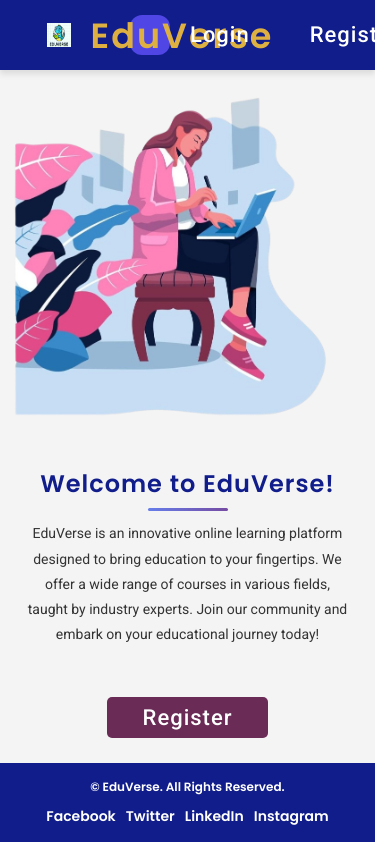
Repository: aviralsaxena16/Eduverse-Elearning-Platform
Page: /
These files come from the project's save history. The page is drawn as it stood at one moment and after the next save; the edit follows.
The browser window is 375 px wide. The pictures show the whole page.
The project was rebuilt for these pictures with package versions that can differ from the ones it lists, and the page was loaded fresh each time. Also part of the build but not shown: vite.config.js, src/pages/LoginPage/Logout.css, src/pages/LoginPage/Logout.jsx, src/components/Side/Sidebar.css, src/components/Side/Sidebar.jsx, src/components/Navbar2/Navbar2.jsx, src/pages/MainPage/BotPage.jsx, src/pages/MainPage/MainPage.jsx and 19 more. Imported but missing from the stored project, and not drawn on this page: src/config.js, src/pages/Profile/ProfilePic.

Above is the page before, as saved 2025-03-21 18:19:43.

### index.html
<!doctype html>
<html lang="en">
  <head>
    <meta charset="UTF-8" />
    <link rel="icon" type="image/svg+xml" href="https://files.oaiusercontent.com/file-NUiUzAsg2Rnv5fLjRKBuEV?se=2025-01-03T04%3A50%3A28Z&sp=r&sv=2024-08-04&sr=b&rscc=max-age%3D604800%2C%20immutable%2C%20private&rscd=attachment%3B%20filename%3D9718d2ac-9ef9-426d-92ea-ecf0daa195a5.webp&sig=QLeTMO/ZWDLyk/UBXh9xFU5B15z5Ib/wuNILqFuiQV8%3D" />
    <meta name="viewport" content="width=device-width, initial-scale=1.0" />
    <link href="https://fonts.googleapis.com/css2?family=Poppins:wght@600&family=Roboto:wght@400;500&display=swap" rel="stylesheet">

    <title>EduVerse</title>
  </head>
  <body>
    <div id="root"></div>
    <script type="module" src="/src/main.jsx"></script>
  </body>
</html>

### src/App.jsx
//import LandingPage from './components/landingPage/LandingPage';
import { BrowserRouter } from 'react-router-dom';
import Routers from './routers/Routers.jsx';
import { AuthProvider } from './context/context.jsx';
const App = () => {
  return (
    <AuthProvider>
    <BrowserRouter>
    <Routers/>
    </BrowserRouter>
    </AuthProvider>
  )
}

export default App

### src/routers/Routers.jsx
import { Routes, Route} from 'react-router-dom';
import LandingPage from '../pages/landingPage/LandingPage.jsx';
import MainPage from '../pages/MainPage/MainPage.jsx';
import GamePage from '../pages/MainPage/GamePage.jsx';
import CoursePage from '../pages/MainPage/CoursePage.jsx';
import QuizPage from '../pages/MainPage/QuizPage/QuizPage.jsx';
import NotificationPage from '../pages/MainPage/NotificationPage.jsx';
import Login from '../pages/LoginPage/Login.jsx';
import Signup from '../pages/SignUp/Signup.jsx';
import Ques from '../pages/MainPage/QuizPage/Ques.jsx';
import ChatRoom from '../pages/MainPage/chatroom/ChatRoom.jsx';
import ProtectedRoute from './ProtectedRoute.jsx';
import VideoDetails from '../pages/MainPage/VideoDetails.jsx';
import Logout from '../pages/LoginPage/Logout.jsx';
import Game_H1 from '../pages/Game/Game_H1.jsx';
import Tictac from '../pages/Game/Tictac.jsx';
import Profile from '../pages/MainPage/Profile.jsx';
const Routers = () => {
  return (
    <Routes>
    <Route path="/" element={<LandingPage />} />
    <Route path="/login" element={<Login />} />
    <Route path="/register" element={<Signup />} />

    {/* Main Routes */}
    <Route path="/home" element={
          <ProtectedRoute>
            <MainPage />
          </ProtectedRoute>
        } />
    <Route path="/home/notification" element={
          <ProtectedRoute>
            <NotificationPage />
          </ProtectedRoute>
        } />
    <Route path="/home/course" element={
          <ProtectedRoute>
            <CoursePage />
          </ProtectedRoute>
        } />

<Route path="/home/course/video/:videoId" element={
          <ProtectedRoute>
            <VideoDetails />
          </ProtectedRoute>
        } />
    <Route path="/home/chat" element={
          <ProtectedRoute>
            <ChatRoom />
          </ProtectedRoute>
        } />
    <Route path="/home/quiz" element={
          <ProtectedRoute>
            <QuizPage />
          </ProtectedRoute>
        } />
    <Route path="/quiz/:id" element={
          <ProtectedRoute>
            <Ques />
          </ProtectedRoute>
        } />

<Route path="/logout" element={
          <ProtectedRoute>
            <Logout />
          </ProtectedRoute>
        } />
<Route path="/home/games" element={
          <ProtectedRoute>
            <GamePage />
          </ProtectedRoute>
        } />
      <Route path="/home/games/rock-paper-scissors" element={
          <ProtectedRoute>
            <Game_H1 />
          </ProtectedRoute>
        } />

<Route path="/home/games/tictac" element={
          <ProtectedRoute>
            <Tictac />
          </ProtectedRoute>
        } />
        <Route path="/home/profile" element={
          <ProtectedRoute>
           <Profile/>
          </ProtectedRoute>
        } />
  </Routes>


  );
};

export default Routers;

### src/context/context.jsx
import { createContext, useState, useContext } from 'react';

const AuthContext = createContext(null);

export const AuthProvider = ({ children }) => {
  const [isAuthenticated, setIsAuthenticated] = useState(false);

  const login = () => setIsAuthenticated(true);
  const logout = () => setIsAuthenticated(false);

  return (
    <AuthContext.Provider value={{ isAuthenticated, login, logout }}>
      {children}
    </AuthContext.Provider>
  );
};

export const useAuth = () => useContext(AuthContext);

### src/pages/landingPage/LandingPage.jsx

import Navbar from "./Navbar";
import Body from "./Body";
import Footer from "./Footer";

const LandingPage = () => {
  return (
    <div className="landing-page">
      <Navbar/>
      <Body/>
      <Footer/>
    </div>
  );
};

export default LandingPage;

### src/pages/landingPage/Navbar.jsx

import { NavLink } from "react-router-dom";
import "./Navbar.css";
import logo from '../../assets/Logo.png'

const Navbar = () => {
  return (
    <nav className="navbar">
      <div className="logo">
        <img src={logo} className="img"/>
          EduVerse</div>
      <ul className="nav-links">
        <li>
          <NavLink to="/login" className="nav-link" activeClassName="active">
            Login
          </NavLink>
        </li>
        <li>
          <NavLink to="/register" className="nav-link" activeClassName="active">
            Register
          </NavLink>
        </li>
      </ul>
    </nav>


  );
};

export default Navbar;

### src/pages/landingPage/Body.jsx

import { NavLink } from "react-router-dom";
import "./Body.css";

import cover from "../../assets/no_bg.png"; // Import the cover image
const Body = () => {
  return (
    <div className="body-section">
      <div className="image-section">
        {/* Use the imported cover image */}
        <img src={cover} alt="Cover" className="cover-image" />
      </div>
      <div className="intro">
        <h1>Welcome to EduVerse!</h1>
        <p>

          EduVerse is an innovative online learning platform designed to bring education to your fingertips. We offer a wide range of courses in various fields, taught by industry experts.  Join our community and embark on your educational journey today!
        </p>
        <button className="sign-in-btn"> <NavLink to="/register" className="nav-link" activeClassName="active">
            Register
          </NavLink></button>

      </div>
    </div>
  );
};

export default Body;

### src/pages/landingPage/Footer.jsx
import "./Footer.css";

const Footer = () => {
  return (
    <footer className="footer">
      <div className="footer-content">
        <p className="footer-text">© EduVerse. All Rights Reserved.</p>
        <span className="social-links">
          <a href="https://www.facebook.com" className="social-icon" target="_blank" rel="noopener noreferrer">Facebook</a>
          <a href="https://twitter.com" className="social-icon" target="_blank" rel="noopener noreferrer">Twitter</a>
          <a href="https://www.linkedin.com" className="social-icon" target="_blank" rel="noopener noreferrer">LinkedIn</a>
          <a href="https://www.instagram.com" className="social-icon" target="_blank" rel="noopener noreferrer">Instagram</a>
        </span>
      </div>
    </footer>
  );
};

export default Footer;

### src/pages/MainPage/QuizPage/quiz.css
.quiz-page {
  display: grid;
  grid-template-columns: repeat(auto-fill, minmax(280px, 1fr));
  gap: 2rem;
  padding: 2rem;
  max-width: 1600px;
  margin: 0 auto;
}


h1 {
  text-align: center;
  margin: 2rem 0;
  color: #2d3748;
  font-size: 2.5rem;
  font-weight: 700;
  position: relative;
}

h1::after {
  content: '';
  position: absolute;
  bottom: -10px;
  left: 50%;
  transform: translateX(-50%);
  width: 100px;
  height: 4px;
  background: linear-gradient(90deg, #667eea, #764ba2);
  border-radius: 2px;
}

.cardd {
  border-radius: 12px;
  overflow: hidden;
  box-shadow: 0 10px 20px rgba(0,0,0,0.1);
  transition: all 0.3s ease;
  cursor: pointer;
  position: relative;
  height: 250px;
}

.cardd:hover {
  transform: translateY(-10px);
  box-shadow: 0 15px 30px rgba(0,0,0,0.2);
}

.cardd::before {
  content: '';
  position: absolute;
  inset: 0;
  background: linear-gradient(to top, rgba(0,0,0,0.8) 0%, rgba(0,0,0,0) 60%);
  z-index: 1;
  opacity: 0.8;
  transition: opacity 0.3s ease;
}

.cardd:hover::before {
  opacity: 0.9;
}

/* Media Queries for Different Screen Sizes */
@media (max-width: 1200px) {
  .quiz-page {
    grid-template-columns: repeat(auto-fill, minmax(250px, 1fr));
    padding: 1.5rem;
  }
}

@media (max-width: 768px) {
  .quiz-page {
    grid-template-columns: repeat(auto-fill, minmax(220px, 1fr));
    gap: 1.5rem;
    padding: 1rem;
  }

  h1 {
    font-size: 2rem;
    margin: 1.5rem 0;
  }
}

@media (max-width: 480px) {
  .quiz-page {
    grid-template-columns: 1fr;
    gap: 1.2rem;
  }

  .cardd {
    height: 200px;
  }

  h1 {
    font-size: 1.8rem;
    margin: 1rem 0;
  }

  h1::after {
    width: 80px;
    height: 3px;
  }
}

/* Additional Styles for Your Card Component */
/* These would integrate with your Card component */
.card-title {
  position: absolute;
  bottom: 20px;
  left: 20px;
  color: white;
  font-size: 1.4rem;
  font-weight: 600;
  z-index: 2;
  transition: transform 0.3s ease;
}

.cardd:hover .card-title {
  transform: translateY(-5px);
}

.card-image {
  width: 100%;
  height: 100%;
  object-fit: cover;
  transition: transform 0.5s ease;
}

.cardd:hover .card-image {
  transform: scale(1.1);
}

### src/pages/MainPage/QuizPage/quiz_ques.css
/* Prevent horizontal scrolling */
html, body {
  margin: 0;
  padding: 0;
  width: 100vw;
  overflow-x: hidden;
}

/* quiz_ques.css */
* {
  margin: 0;
  padding: 0;
  box-sizing: border-box;
  font-family: 'Poppins', sans-serif;
}

.quiz-container {
  min-height: 100vh;
  width: 100%;
  max-width: 100vw;
  background: #f9f9f9;
  padding: 2rem;
  display: flex;
  flex-direction: column;
  align-items: center;
  justify-content: center;
}

.quiz-header {
  width: 100%;
  max-width: 800px;
  text-align: center;
  color: #333;
  margin-bottom: 1.5rem;
}

.quiz-header h1 {
  font-size: 2.5rem;
  margin-bottom: 1rem;
  color: #6c5ce7;
}

.quiz-header p {
  font-size: 1.1rem;
  color: #555;
}

.progress-bar {
  width: 100%;
  height: 8px;
  background: #ddd;
  border-radius: 10px;
  margin: 1.2rem 0;
  overflow: hidden;
}

.progress {
  height: 100%;
  background: #6c5ce7;
  transition: width 0.5s ease;
}

.timer {
  font-size: 1.3rem;
  font-weight: bold;
  color: #fff;
  background: #6c5ce7;
  padding: 0.4rem 1.2rem;
  border-radius: 15px;
  display: inline-block;
  margin: 1rem 0;
}

.quiz-question {
  width: 100%;
  max-width: 800px;
  background: rgba(255, 255, 255, 0.9);
  backdrop-filter: blur(10px);
  padding: 1.5rem;
  border-radius: 15px;
  color: #333;
  font-size: 1.2rem; /* Reduced from 1.3rem */
  line-height: 1.5;
  margin-bottom: 1.5rem;
  text-align: center;
  box-shadow: 0 5px 15px rgba(0, 0, 0, 0.1);
  border: 1px solid rgba(0, 0, 0, 0.1);
}

.quiz-options {
  width: 100%;
  max-width: 800px;
  display: grid;
  gap: 0.8rem; /* Reduced gap */
  margin-bottom: 1.5rem;
}

.quiz-option {
  width: 100%;
  padding: 0.8rem 1.5rem; /* Reduced padding */
  background: white;
  border: 2px solid #6c5ce7;
  border-radius: 10px; /* Slightly smaller */
  color: #333;
  font-size: 1rem; /* Reduced from 1.1rem */
  cursor: pointer;
  transition: all 0.3s ease;
  text-align: left;
}

.quiz-option:hover {
  background: #6c5ce7;
  color: white;
  transform: translateY(-3px);
}

.quiz-option.selected {
  background: #6c5ce7;
  color: white;
  border-color: #6c5ce7;
  transform: translateY(-3px);
  box-shadow: 0 5px 15px rgba(0, 0, 0, 0.2);
}

.next-button {
  width: 100%;
  max-width: 800px;
  padding: 0.8rem; /* Reduced size */
  background: #6c5ce7;
  color: white;
  border: none;
  border-radius: 10px;
  font-size: 1.1rem; /* Slightly smaller */
  font-weight: bold;
  cursor: pointer;
  transition: all 0.3s ease;
  margin-bottom: 1.5rem;
}

.next-button:disabled {
  background: #ccc;
  cursor: not-allowed;
}

.next-button:hover:not(:disabled) {
  transform: translateY(-3px);
  box-shadow: 0 5px 15px rgba(0, 0, 0, 0.2);
}

.quiz-completed {
  text-align: center;
  background: white;
  padding: 2.5rem;
  border-radius: 15px;
  color: #333;
  box-shadow: 0 8px 32px rgba(0, 0, 0, 0.1);
  border: 2px solid #6c5ce7;
  width: 100%;
  max-width: 800px;
}

.quiz-completed h2 {
  font-size: 2.5rem;
  margin-bottom: 1rem;
  color: #6c5ce7;
}

.quiz-completed h3 {
  font-size: 1.8rem;
  color: #333;
}

.quiz-footer {
  width: 100%;
  max-width: 800px;
  text-align: center;
  color: #777;
  font-style: italic;
}

@media (max-width: 850px) {
  .quiz-container {
    padding: 1rem;
  }

  .quiz-header h1 {
    font-size: 2rem;
  }

  .quiz-question {
    font-size: 1.1rem; /* Smaller on smaller screens */
    padding: 1.2rem;
  }

  .quiz-option {
    padding: 0.7rem 1.2rem; /* Adjusted */
    font-size: 0.95rem;
  }

  .quiz-completed {
    margin: 1rem;
    padding: 2rem;
  }
}

@media (max-width: 480px) {
  .quiz-header h1 {
    font-size: 1.8rem;
  }

  .quiz-question {
    font-size: 1rem;
    padding: 1rem;
  }

  .quiz-option {
    font-size: 0.9rem;
  }

  .quiz-completed h2 {
    font-size: 2rem;
  }

  .quiz-completed h3 {
    font-size: 1.5rem;
  }
}

### src/pages/Game/Game_H1.css
/* General Styling */
body {
    font-family: Arial, sans-serif;
    background-color: #f0f8f8;
    margin: 0;
    padding: 0;
  }

  /* Game Container */
  .game-container {
    min-height: 100vh;
          display: flex;
          flex-direction: column;
          align-items: center;
          background: #0f0c29;
          position: relative;
          overflow: hidden;
          padding: 40px 20px;
          text-align: center;
          font-family: 'Poppins', sans-serif;
  }

  /* Title */
  .game-title {
    color: #101d8a;
    font-size: 24px;
    font-weight: bold;
    margin-bottom: 20px;
  }

  /* Choices */
  .choices-container {
    display: flex;
    justify-content: center;
    gap: 15px;
    margin-bottom: 20px;
  }
  .choice-button { background: white; border: 2px solid #ddd; width: 200px; height: 200px; display: flex; justify-content: center; align-items: center; cursor: pointer; transition: all 0.3s ease; padding: 1rem; }

.choice-button:hover { transform: scale(1.1); border-color: #007bff; box-shadow: 0 6px 12px rgba(0, 0, 0, 0.1); }

.choice-image { width: 100%; height: 100%; }

.score-container { display: flex; justify-content: center; gap: 4rem; margin-bottom: 2rem; }



.score {
  text-align: center;
  padding: 1rem 2rem;
  border-radius: 8px;
  background-color: white;
  box-shadow: 0 2px 4px rgba(0, 0, 0, 0.1);
}

.score p:first-child {
  font-size: 2.5rem;
  font-weight: bold;
  margin: 0;
  color: #007bff;
}

.score p:last-child {
  margin: 0;
  color: #555;
  font-weight: bold;
}

.message-container {
  padding: 1rem;
  background-color: white;
  border-radius: 8px;
  box-shadow: 0 2px 4px rgba(0, 0, 0, 0.1);
}

.message-container p {
  font-size: 1.2rem;
  color: #333;
  margin: 0;
  font-weight: 500;
}

### src/pages/MainPage/Profile.css
:root {
  --primary-blue: #101d8a;
  --secondary-blue: #1a2ba3;
  --light-blue: #f0f2ff;
  --text-dark: #1a1a2e;
  --text-light: #4a4a68;
  --border-radius: 12px;
  --box-shadow: 0 10px 25px rgba(16, 29, 138, 0.15);
}

.profile-page-container {
  margin: auto;
  width: 60vw;
  max-width: 900px;
  background: white;
  border-radius: var(--border-radius);
  box-shadow: var(--box-shadow);
  padding: 2rem;
  text-align: center;
}

/* HEADER SECTION */
.profile-header {
  display: flex;
  align-items: center;
  justify-content: space-between;
  background: linear-gradient(135deg, var(--primary-blue), var(--secondary-blue));
  color: white;
  padding: 2rem;
  border-radius: var(--border-radius);
  text-align: left;
  position: relative;
}

.profile-info {
  display: flex;
  align-items: center;
  gap: 1rem;
}

/* PROFILE PICTURE */

/* PROFILE INFO CONTAINER */
.profile-info {
  display: flex;
  align-items: center;
  gap: 1.5rem; /* Adjusted spacing */
}


/* USER DETAILS */
.user-details {
  display: flex;
  flex-direction: column;
}

.user-details h2 {
  margin: 0;
  font-size: 1.8rem;
}

.email-link a {
  color: yellow;
  font-size: 1rem;
  text-decoration: none;
}

.email-link a:hover {
  text-decoration: underline;
}

/* PROFILE DETAILS SECTION */
.profile-details {
  margin-top: 2rem;
  text-align: left;
}

.profile-details label {
  font-weight: bold;
  display: block;
  margin-bottom: 0.3rem;
}

.profile-details p {
  background: var(--light-blue);
  padding: 0.7rem;
  border-radius: 8px;
}

/* BUTTON STYLING */
.button-container {
  display: flex;
  gap: 15px; /* Adjust spacing between buttons */
}

.edit-button,
.save-button {
  margin-top: 1rem;
  background-color: var(--primary-blue);
  color: white;
  border: none;
  padding: 0.6rem 1.5rem;
  border-radius: 8px;
  cursor: pointer;
  transition: all 0.3s ease;
}

.edit-button:hover,
.save-button:hover {
  background-color: var(--secondary-blue);
  transform: translateY(-2px);
}

### src/pages/landingPage/Navbar.css
/* Navbar.css */
.navbar {
  display: flex;
  justify-content: space-between;
  align-items: center;
  padding: 15px 30px;
  background-color: #101d8a; /* Teal background */
  color: white;
  box-shadow: 0 4px 6px rgba(0, 0, 0, 0.1);
}

.img{
  margin-left:20px;
  margin-right:20px;
}
.navbar .logo {
  margin-left: 100px;
  font-family: 'Poppins', sans-serif;
  font-size: 35px;
  font-weight: 600;
  color: #DEB041; /* Gold color for logo */
  letter-spacing: 2px;
}

.nav-links {
  list-style: none;
  display: flex;
  gap: 20px;
}

.nav-link {
  text-decoration: none;
  color: white;
  font-family: 'Roboto', sans-serif;
  font-size: 22px;
  font-weight: 500;
  padding: 10px 20px;
  border-radius: 5px;
  transition: background-color 0.3s ease;
  letter-spacing: 1px;
}

.nav-link:hover {
  background-color: #6A2B56; /* Purple hover effect */
}

.active {
  background-color: #DEB041; /* Gold active link color */
}

### src/pages/landingPage/Body.css
/* Body.css */
.body-section {
  display: flex;
  flex-direction: row;
  justify-content: space-between;
  align-items: center;

  background-color: #f4f4f4;
  padding: 0; /* Remove extra padding from body */
  margin: 0; /* Remove margin */
}

.image-section {
  flex: 0.8;
  display: flex;
  align-items: flex-start;
  margin: 0; /* Remove any margin */
  padding: 0; /* Remove padding */
}

.cover-image {
  width: 100%;
  height: auto;
  margin: 0; /* Remove margin */
  padding: 0; /* Remove padding */

}

.cover-image::after {
  content: "";
  position: absolute;
  top: 0;
  left: 0;
  right: 0;
  bottom: 0;
  background: rgba(0, 0, 0, 0.4); /* Dark overlay for better text readability */
  border-radius: 10px;
}

.intro {
  flex: 1;
  padding: 20px;
  text-align: left;
  z-index: 10;
  display: flex;
  flex-direction: column;
  justify-content: center;
  align-items: center;
}

.intro h1 {
  font-family: 'Poppins', sans-serif;
  font-size: 40px;
  font-weight: 600;
  color: #101d8a;
  letter-spacing: 1px;
  margin-bottom: 20px;
}

.intro p {
  font-family: 'Roboto', sans-serif;
  font-size: 18px;
  color: #333;
  line-height: 1.8;
  margin-bottom: 40px;
  text-align: center; /* Center the text */
}

.sign-in-btn {
  padding: 15px 30px;
  background-color: #6A2B56; /* Purple button */
  color: white;
  border: none;
  border-radius: 5px;
  font-family: 'Roboto', sans-serif;
  font-size: 18px;
  cursor: pointer;
  transition: all 0.3s ease;
  letter-spacing: 1px;
  margin-top: 20px; /* Space above the button */
}

.sign-in-btn:hover {
  background-color: #DEB041; /* Gold hover effect */
  transform: scale(1.05);
  box-shadow: 0 4px 8px rgba(0, 0, 0, 0.2);
}

.sign-in-btn .nav-link {
  color: white;
  text-decoration: none;
}

.sign-in-btn .nav-link:hover {
  color: white;
}
@media (max-width: 1024px) {
  .body-section {
    flex-direction: column;
    align-items: center;
    text-align: center;
  }

  .image-section {
    flex: 1;
    justify-content: center;
  }

  .intro {
    flex: 1;
    padding: 15px;
    text-align: center;
  }

  .intro h1 {
    font-size: 35px;
  }

  .intro p {
    font-size: 16px;
  }

  .sign-in-btn {
    font-size: 16px;
    padding: 12px 25px;
  }
}

@media (max-width: 768px) {
  .intro h1 {
    font-size: 28px;
  }

  .intro p {
    font-size: 14px;
    margin-bottom: 30px;
  }

  .sign-in-btn {
    font-size: 14px;
    padding: 10px 20px;
  }
}

@media (max-width: 480px) {
  .body-section {
    flex-direction: column;
    padding: 10px;
  }

  .intro h1 {
    font-size: 24px;
  }

  .intro p {
    font-size: 14px;
  }

  .sign-in-btn {
    font-size: 14px;
    padding: 8px 16px;
  }
}

### src/pages/landingPage/Footer.css
/* Footer.css */
.footer {
  background-color: #101d8a; /* Teal background */
  color: white;

  text-align: center;
}

.footer-text {
  font-size: 16px;
  font-weight: 400;
  margin-bottom: 20px;
}

.social-links {
  display: flex;
  justify-content: center;
  gap: 15px;
}

.social-icon {
  color: white;
  font-size: 18px;
  text-decoration: none;
  transition: color 0.3s ease;
}

.social-icon:hover {
  color: #DEB041; /* Gold color on hover */
}

@media (max-width: 768px) {
  .footer-text {
    font-size: 14px;
    margin-bottom: 15px;
  }

  .social-links {
    gap: 10px;
  }

  .social-icon {
    font-size: 16px;
  }
}

@media (max-width: 480px) {
  .footer {
    padding: 15px;
  }

  .footer-text {
    font-size: 12px;
    margin-bottom: 10px;
  }

  .social-icon {
    font-size: 14px;
  }
}

### src/components/Navbar2/Navbar2.css
/* Navbar2.css */

body {
  margin: 0;
  font-family: 'Poppins', sans-serif;
}

nav {
  background:  #101d8a; /* Solid teal background */
  color: white;
  padding: 10px 20px;
  box-shadow: 0 4px 8px rgba(0, 0, 0, 0.2);
  position: sticky;
  top: 0;
  z-index: 1000;
}

.Nav2 {
  display: flex;
  align-items: center;
  justify-content: space-between;
  list-style: none;
  margin: 0;
  padding: 0;
}

.Nav2 li {
  display: inline-flex;
  align-items: center;
  justify-content: center;
  color: white;
  cursor: pointer;
  font-size: 24px;
  /* padding: 10px; */
  transition: all 0.3s ease;
}

.Nav2 li:hover {
  color: #DEB041; /* Gold hover effect */
}

.bars {
  font-size: 26px;
  margin-right: 85vw;
}

.search-container {
  display: flex;
  align-items: center;
  flex-grow: 1;
  margin: 0 20px;
}

.search-icon {
  font-size: 20px;
  color: white;
  margin-right: 8px;
}

.search-bar {
  width: 100%;
  max-width: 300px;
  padding: 8px 12px;
  font-size: 16px;
  border: 1px solid transparent;
  border-radius: 20px;
  background: rgba(255, 255, 255, 0.1);
  color: white;
  outline: none;
  transition: background 0.3s ease, box-shadow 0.3s ease;
}

.search-bar::placeholder {
  color: rgba(255, 255, 255, 0.6);
}

.search-bar:focus {
  background: white;
  color: #333;
  box-shadow: 0 0 8px rgba(255, 255, 255, 0.6);
}

.home, .profile {
  font-size: 26px;
}

.home{
  margin-right:0px;
}

@media screen and (max-width: 768px) {
  nav {
    background: #101d8a;
    color: white;
    padding: 10px 20px;
    box-shadow: 0 4px 8px rgba(0, 0, 0, 0.2);
    position: sticky;
    top: 0;
    z-index: 1000;
    width: 100%;
    box-sizing: border-box;
  }

  .Nav2 {
    flex-direction: row;
    gap: 5px;
    justify-content: space-between;
    width: 100%;
  }

  .search-container {
    flex-grow: 1;
    width: auto;
    margin: 0 10px;
  }

  .search-bar {
    max-width: 150px;
  }

  .bars {
    font-size: 20px;
    margin-right: 0;
  }

  .home, .profile {
    font-size: 20px;
    display: flex;
  }
}
/* Add a smaller breakpoint for very small screens */
@media screen and (max-width: 480px) {
  .search-bar {
    max-width: 120px;
  }

  .bars,
  .home,
  .profile {
    font-size: 18px;
  }
}

Loaded but not shown: src/main.jsx (common file); src/pages/LoginPage/Login.css (390 lines, source omitted); src/index.css (no stored copy; drawn as an empty file)

After the next save:
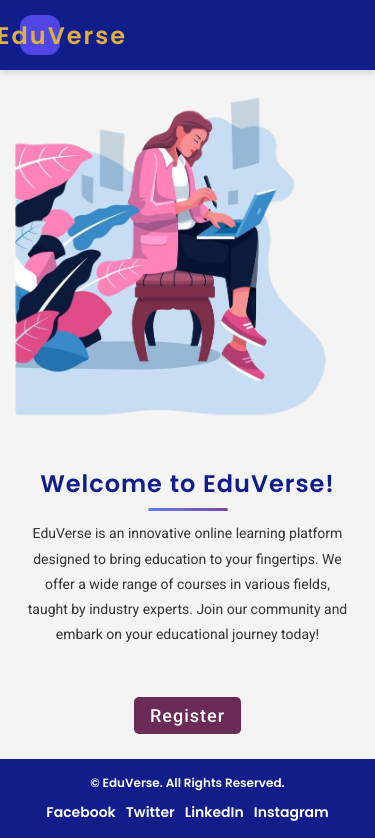
Saved 8 s later.
--- a/src/pages/landingPage/Navbar.css
+++ b/src/pages/landingPage/Navbar.css
@@ -4,17 +4,22 @@
   justify-content: space-between;
   align-items: center;
   padding: 15px 30px;
-  background-color: #101d8a; /* Teal background */
+  background-color: #101d8a; /* Blue background */
   color: white;
   box-shadow: 0 4px 6px rgba(0, 0, 0, 0.1);
+  position: relative;
 }
 
-.img{
-  margin-left:20px;
-  margin-right:20px;
+.img {
+  margin-left: 20px;
+  margin-right: 20px;
+  height: 40px; /* Adjust based on your logo size */
+  vertical-align: middle;
 }
+
 .navbar .logo {
-  margin-left: 100px;
+  display: flex;
+  align-items: center;
   font-family: 'Poppins', sans-serif;
   font-size: 35px;
   font-weight: 600;
@@ -26,6 +31,8 @@
   list-style: none;
   display: flex;
   gap: 20px;
+  margin: 0;
+  padding: 0;
 }
 
 .nav-link {
@@ -36,7 +43,7 @@
   font-weight: 500;
   padding: 10px 20px;
   border-radius: 5px;
-  transition: background-color 0.3s ease;
+  transition: background-color 0.3s ease, color 0.3s ease;
   letter-spacing: 1px;
 }
 
@@ -46,4 +53,95 @@
 
 .active {
   background-color: #DEB041; /* Gold active link color */
+  color: #101d8a; /* Change text color for better contrast */
 }
+
+/* Hamburger menu button - hidden by default on desktop */
+.menu-toggle {
+  display: none;
+  flex-direction: column;
+  justify-content: space-between;
+  width: 30px;
+  height: 21px;
+  cursor: pointer;
+  z-index: 100;
+}
+
+.menu-toggle span {
+  display: block;
+  height: 3px;
+  width: 100%;
+  background-color: white;
+  border-radius: 3px;
+  transition: all 0.3s ease;
+}
+
+/* Media query for tablet and mobile screens */
+@media screen and (max-width: 768px) {
+  .navbar {
+    padding: 15px 20px;
+  }
+
+  .navbar .logo {
+    font-size: 28px;
+  }
+
+  .menu-toggle {
+    display: flex; /* Show hamburger on mobile */
+  }
+
+  /* When menu is active, transform hamburger to X */
+  .menu-active .menu-toggle span:nth-child(1) {
+    transform: translateY(9px) rotate(45deg);
+  }
+
+  .menu-active .menu-toggle span:nth-child(2) {
+    opacity: 0;
+  }
+
+  .menu-active .menu-toggle span:nth-child(3) {
+    transform: translateY(-9px) rotate(-45deg);
+  }
+
+  .nav-links {
+    position: absolute;
+    top: 70px;
+    left: 0;
+    right: 0;
+    flex-direction: column;
+    background-color: #101d8a;
+    align-items: center;
+    gap: 0;
+    max-height: 0;
+    overflow: hidden;
+    transition: max-height 0.5s ease;
+    z-index: 99;
+    box-shadow: 0 4px 6px rgba(0, 0, 0, 0.1);
+  }
+
+  /* Show menu when active */
+  .menu-active .nav-links {
+    max-height: 300px;
+    padding: 10px 0;
+  }
+
+  .nav-link {
+    width: 100%;
+    text-align: center;
+    padding: 15px 0;
+    font-size: 18px;
+  }
+}
+
+/* Further adjustments for very small screens */
+@media screen and (max-width: 480px) {
+  .navbar .logo {
+    font-size: 24px;
+  }
+
+  .img {
+    margin-left: 10px;
+    margin-right: 10px;
+    height: 30px; /* Smaller logo on very small screens */
+  }
+}
